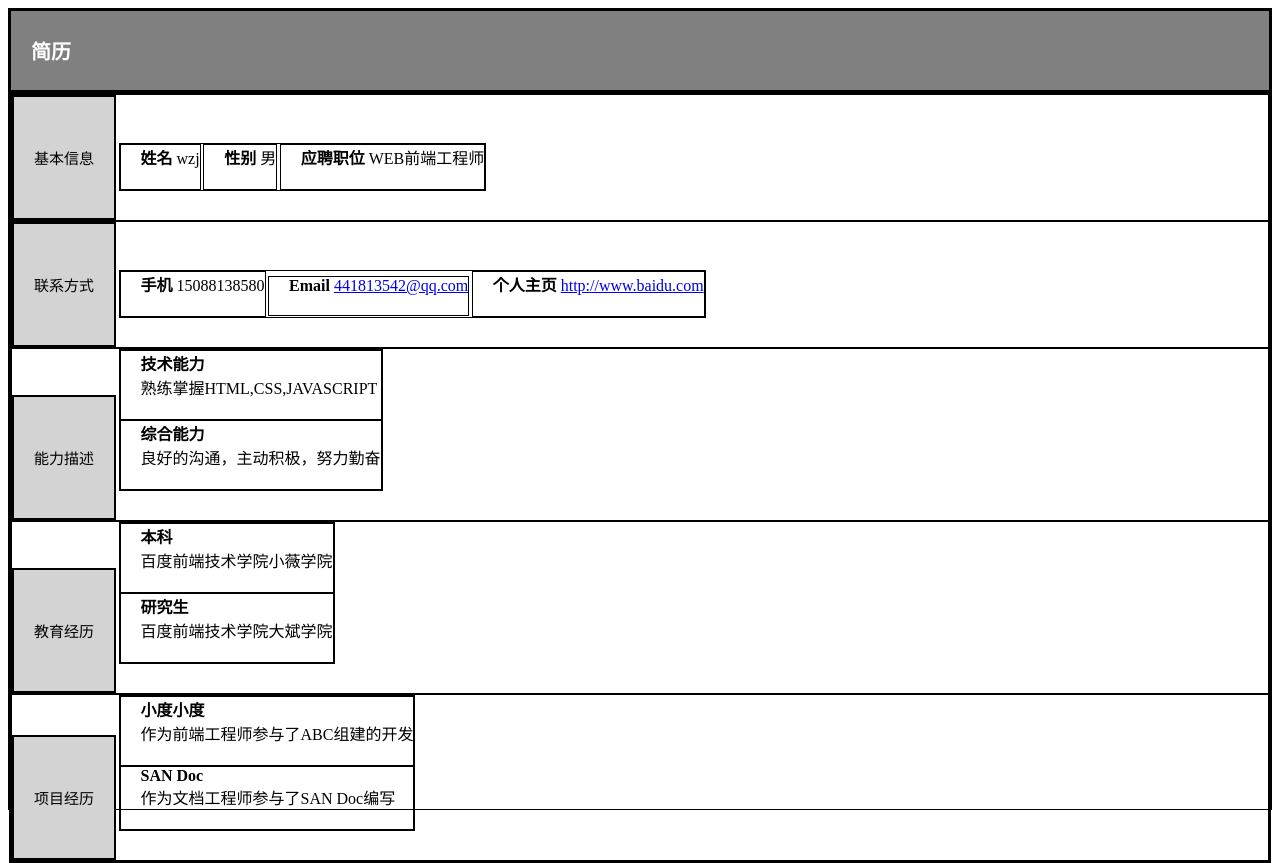
Repository: w441813542/webrecord
Page: day6_day7/jianli.html
An editor plug-in stored every save of this project. The page is shown before and after the next save, followed by the edit.
The browser window is 1280 px wide. The pictures show the whole page.

Above is the page before, as saved 2021-03-09 14:30:46.

### day6_day7/jianli.html
<!DOCTYPE html>
<html>

<head>
  <!-- <link rel="stylesheet" type="text/css" href="style_1.css" /> -->
  <!-- <link rel="stylesheet" type="text/css" href="style_2.css" /> -->
  <link rel="stylesheet" type="text/css" href="style_3.css" />
</head>

<body>
  <div class="box">
    <div class="left">
      <div class="caption">简历</div>
    </div>
    <div class="right">
      <div>
        <!-- <tr>
          <th rowspan="15" class="caption" align="center" valign="top">简历</th>
        </tr> -->
        <div class="part">
          <div class="part_left">
            <div class="th">基本信息</div>
          </div>
          <div class="part_right">
            <div class="td"><span>姓名</span> wzj</div>
            <div class="td"><span>性别</span> 男</div>
            <div class="td"><span>应聘职位</span> WEB前端工程师</div>
          </div>
        </div>
        <div class="part">
          <div class="part_left">
            <div class="th">联系方式</div>
          </div>
          <div class="part_right">
            <div class="td"><span>手机</span> 15088138580</div>
            <div class="td" ><span>Email</span> <a href="mailto:441813542@qq.com">441813542@qq.com</a></div>
            <div class="td"><span>个人主页</span> <a href="http://www.baidu.com">http://www.baidu.com</a></div>
          </div>
        </div>
        <div class="part">
          <div class="part_left">
            <div class="th">能力描述</div>
          </div>
          <div class="part_right">
            <div class="td msgtd block"><span class="block">技术能力</span> 熟练掌握HTML,CSS,JAVASCRIPT</div>
            <div class="td msgtd block"><span class="block">综合能力</span> 良好的沟通，主动积极，努力勤奋</div>
          </div>
        </div>
        <div class="part">
          <div class="part_left">
            <div class="th">教育经历</div>
          </div>
          <div class="part_right">
            <div class="td msgtd block"><span class="block">本科</span> 百度前端技术学院小薇学院</div>
            <div class="td msgtd block"><span class="block">研究生</span> 百度前端技术学院大斌学院</div>
          </div>
        </div>
        <div class="part">
          <div class="part_left">
            <div class="th">项目经历</div>
          </div>
          <div class="part_right">
            <div class="td msgtd block"><span class="block">小度小度</span> 作为前端工程师参与了ABC组建的开发</div>
            <div class="td msgtd block"><span class="block">SAN Doc</span> 作为文档工程师参与了SAN Doc编写</div>
          </div>
        </div>
      </div>

    </div>
  </div>
</body>

</html>

### day6_day7/style_3.css
html {
    font-size: 10px;
  }

div{
  border: 1px solid black;
}

  .td {
    font-size: 1.6em;
    padding-left: 20px;
    padding-bottom: 20px;
    display: inline-block;
  }

  .th {
    font-size: 1.5em;
    text-align: center;
    display: block;
    padding-top: 50px;
    padding-bottom: 50px;
    padding-left: 20px;
    padding-right: 20px;
    background: lightgray;
  }

  .caption {
    font-size: 2em;
    font-weight: bold;
    color: white;
    text-align: left;
    background: gray;
    padding-top: 25px;
    padding-left: 20px;
    padding-bottom: 25px;
  }

 .part{
   display: block;
 }

  .part_left{
    display: inline-block;
  }

  .part_right{
    display: inline-block;
  }

  span {
    font-weight: bold;
  }



  .box{
      display: block;
      height: 800px;
  }

  .block{
    display: block;
  }

After the next save:
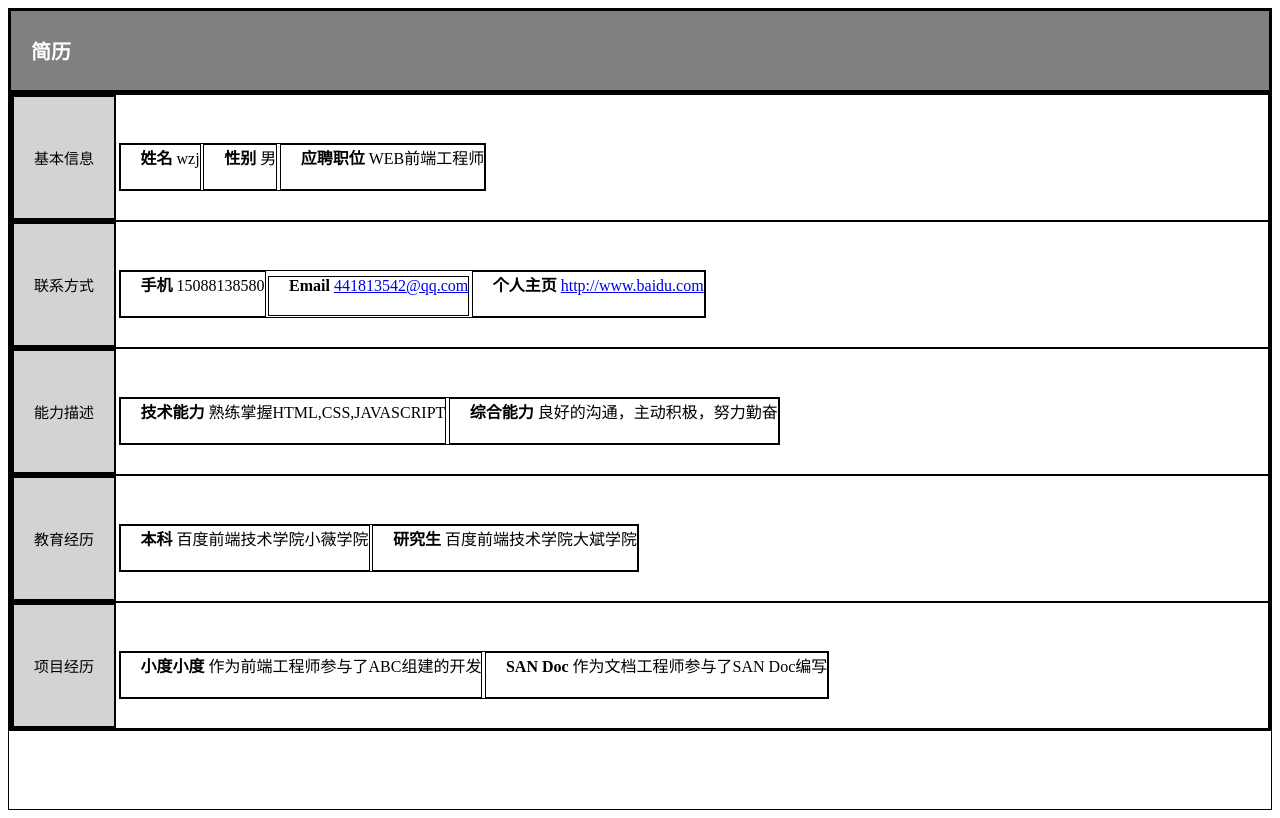
Saved 10 s later.
--- a/day6_day7/style_3.css
+++ b/day6_day7/style_3.css
@@ -57,7 +57,3 @@ div{
       display: block;
       height: 800px;
   }
-
-  .block{
-    display: block;
-  }

After the 2 saves that followed:
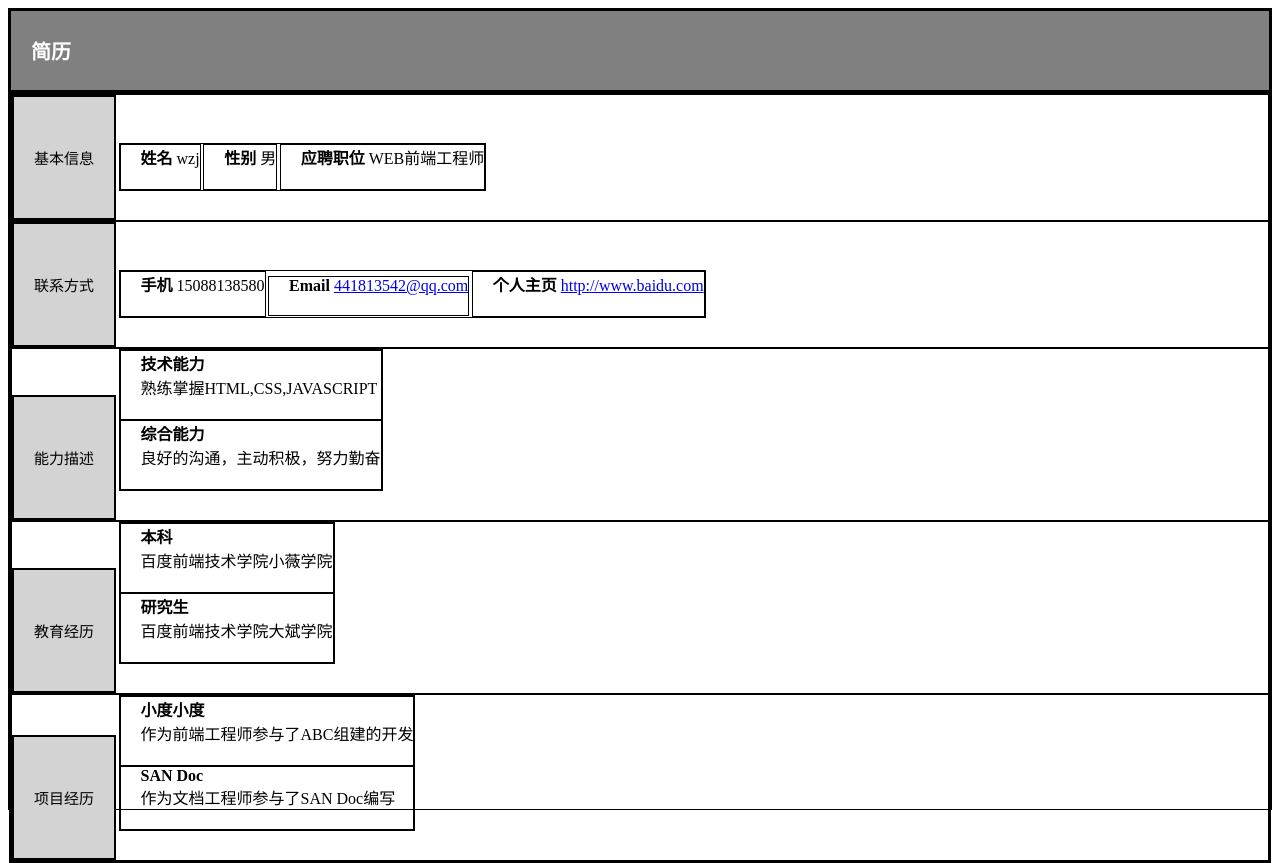
The 2 saves are shown as one change because 1 left the picture as it was.
The last was saved 36 s later.
--- a/day6_day7/style_3.css
+++ b/day6_day7/style_3.css
@@ -51,9 +51,11 @@ div{
     font-weight: bold;
   }
 
-
-
   .box{
       display: block;
       height: 800px;
   }
+
+  .block{
+    display: block;
+  }
